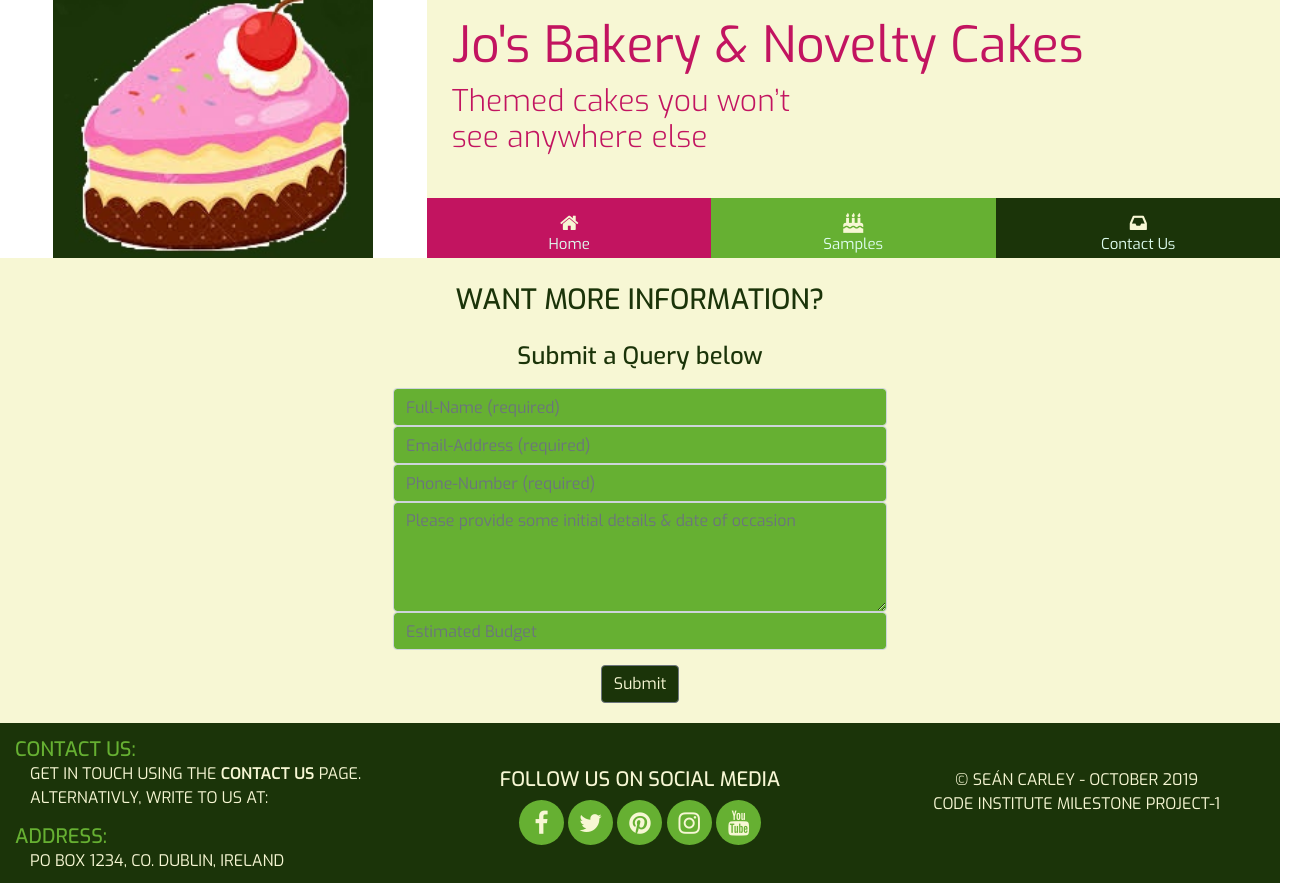
Repository: seanjcarley/Milestone1
Page: contact.html
The author's editor kept a record of every edit. The page is drawn from the files as they stood at one moment, then again after the next edit.
The browser window is 1280 px wide. The page is 1295 px wide, so the pictures cover 1295 px, including what lies to the right of the window. The pictures show the whole page.

Above is the page before.

After the next edit:
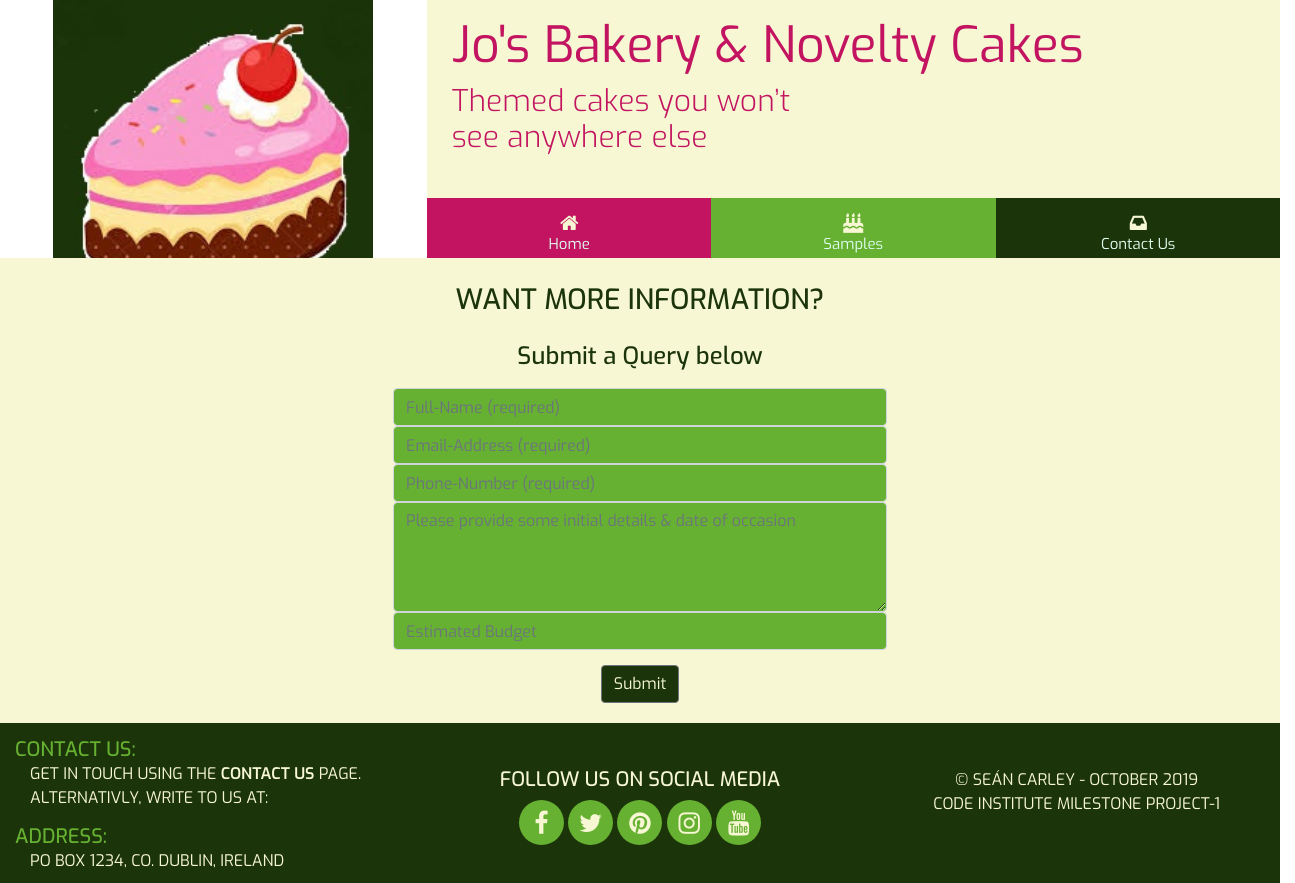
The edit:
--- a/css/style.css
+++ b/css/style.css
@@ -78,7 +78,7 @@
 
 .logo {
     background: url("../images/slice.jpg");
-    background-position: center;
+    background-position: top;
     background-repeat: no-repeat;
     background-size: 75%;
     /*background-color: #1B3409;*/
